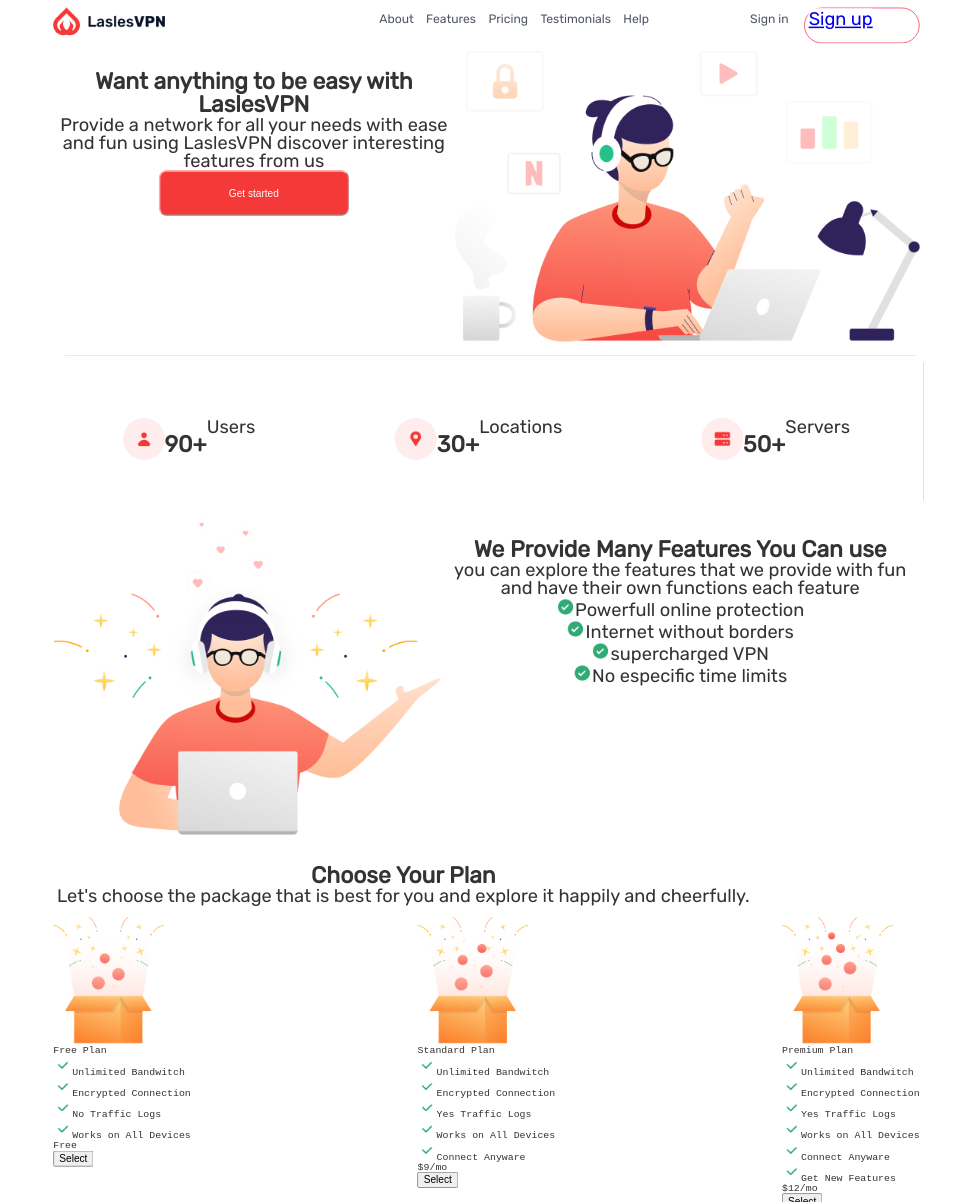
Repository: RaphaelMatheus-br/LP-251123
Page: index.html
These files come from the project's save history. The page is drawn as it stood at one moment and after the next save; the edit follows.
The browser window is 1280 px wide. The pictures show the whole page, at 76% of full size.

Above is the page before, as saved 2023-11-25 15:15:17.

After the next save:
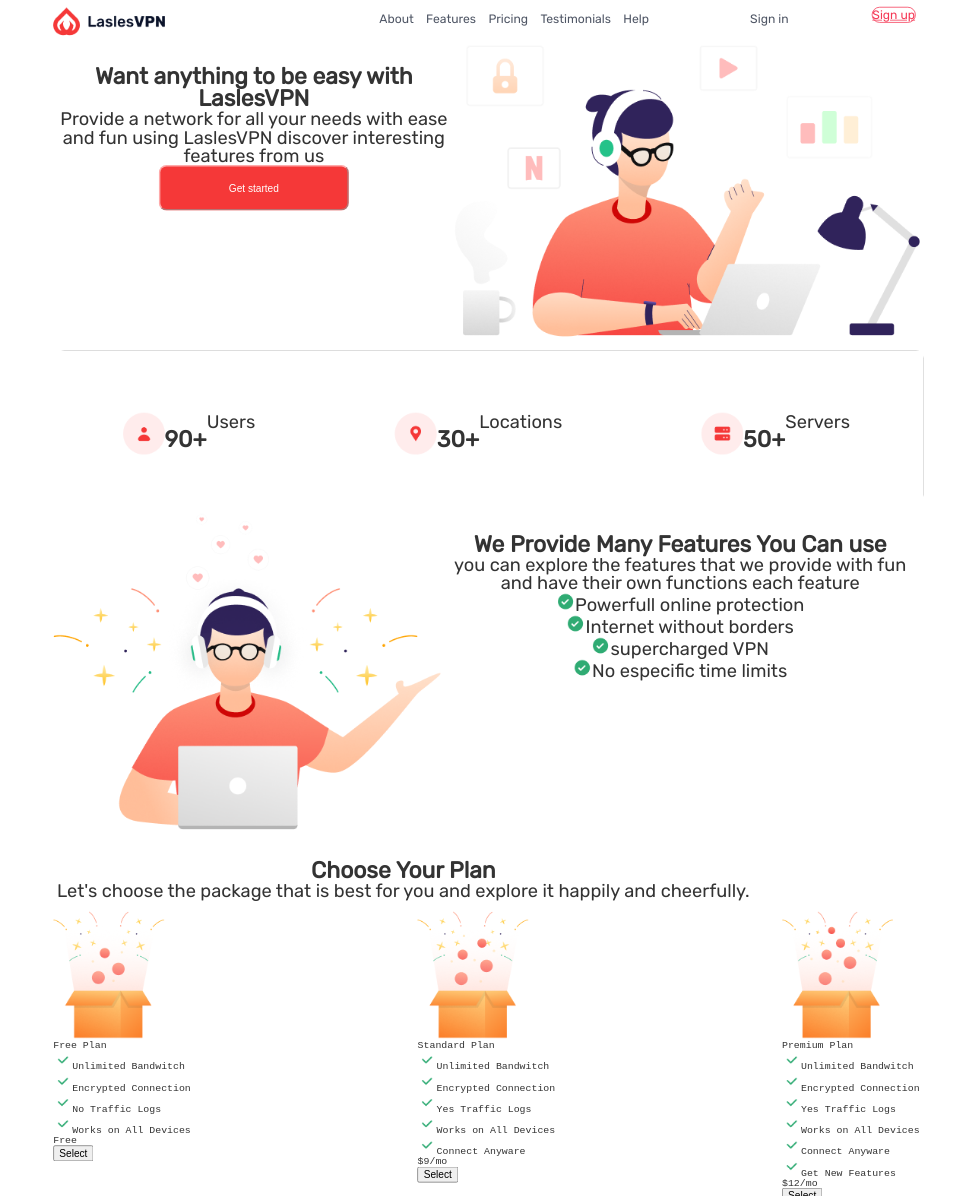
Saved 19 s later.
--- a/style.css
+++ b/style.css
@@ -110,7 +110,7 @@
     text-decoration: none;
 }
 
-.head__botao--2 {
+.head__botao--2 a{
     color: #F53855;
     font-family: Rubik;
     font-size: 16px;
